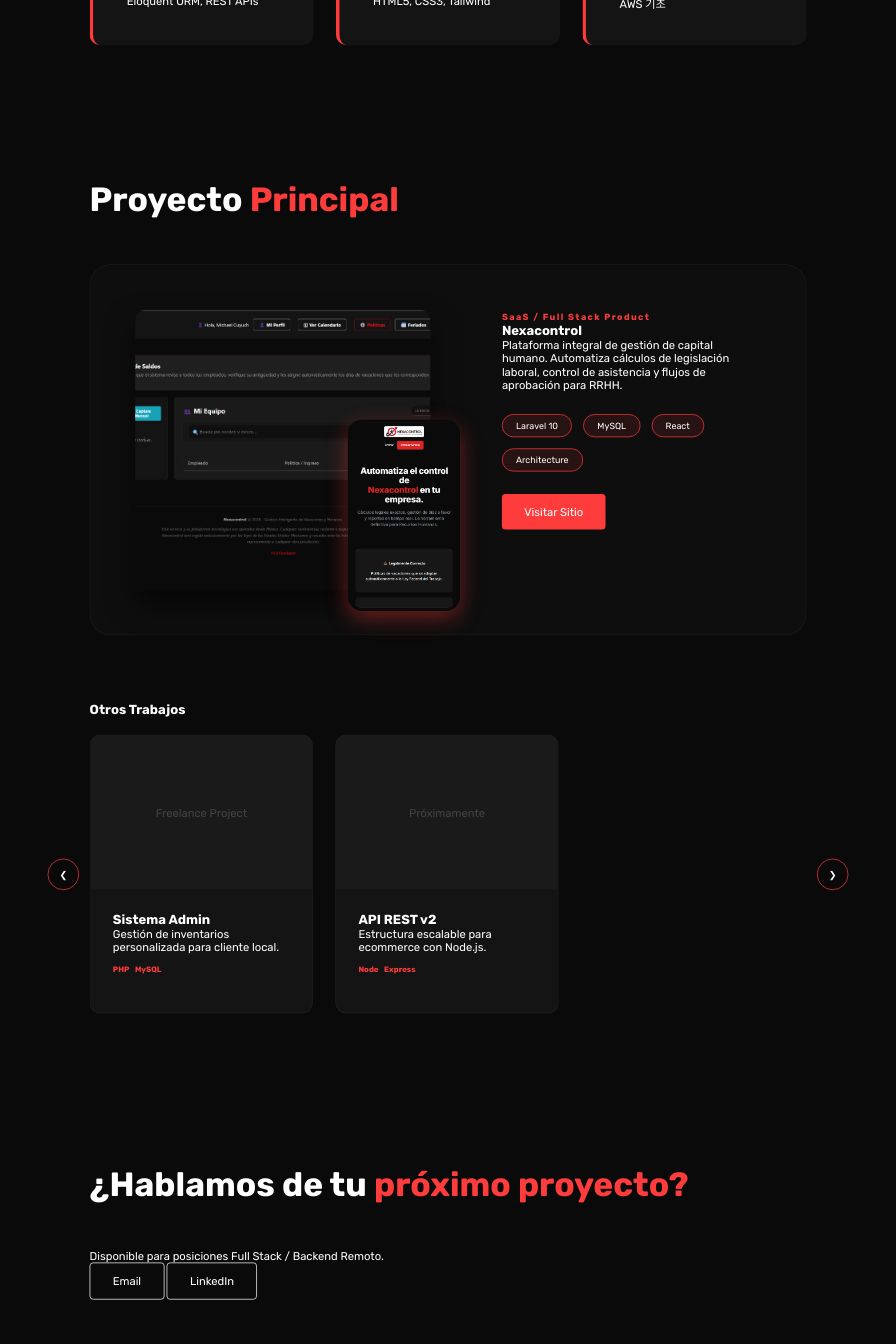
Repository: hercules830/Mi-portfolio-profesional
Page: index.html
The author's editor kept a copy of each file at every save. The page is drawn from the files as they stood at one save, then again after the next save.
The browser window is 1280 px wide. The pictures show the part of the page from y = 1082 to 3002 px (the page is 3002 px tall), at 70% of full size.
After loading, the first visible `#nextBtn` was clicked once.
Some web fonts or font styles are not loaded; a fallback is used.

Above is the page before, as saved 2026-05-30 00:34:16.

After the next save:
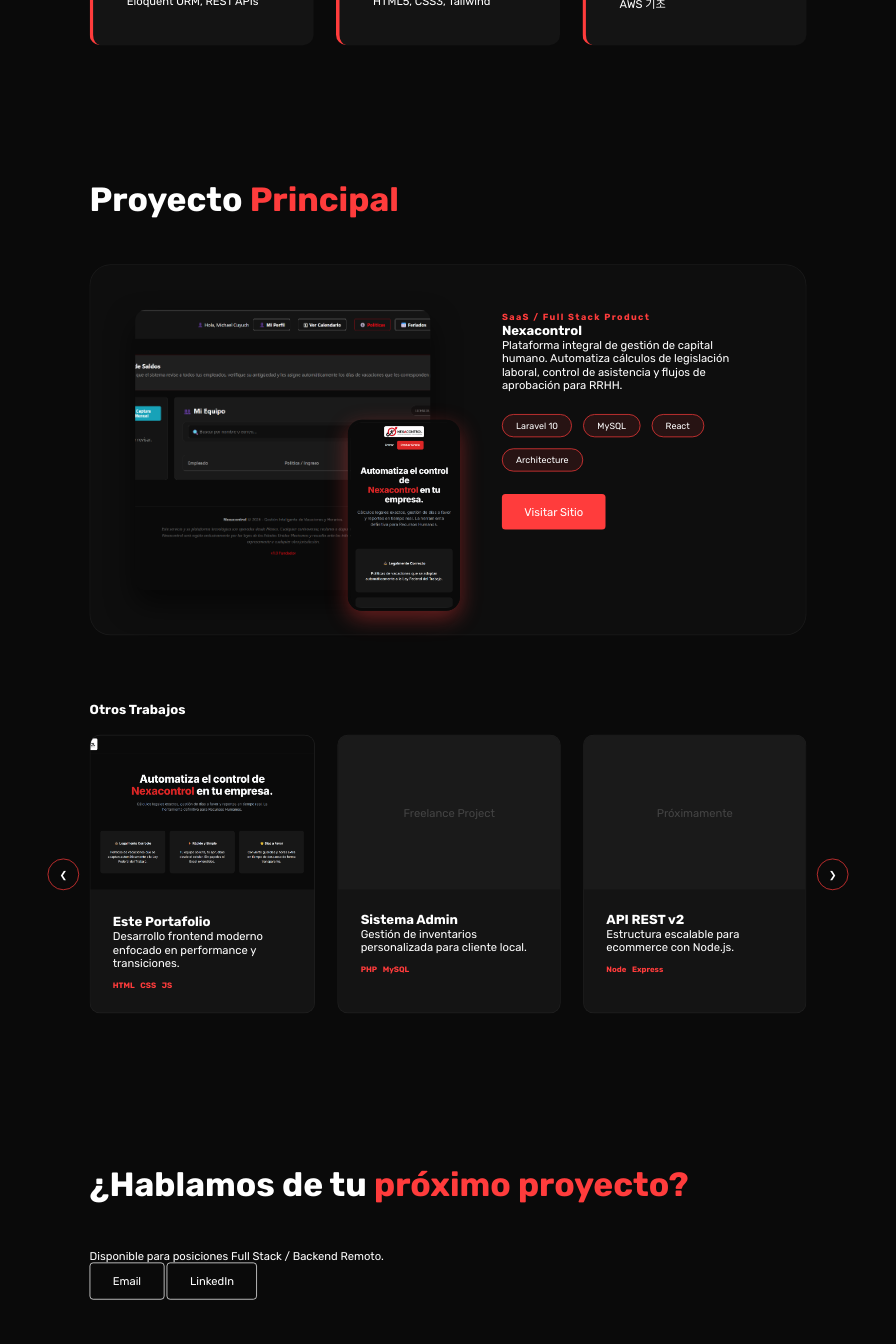
Saved 12 s later.
--- a/script.js
+++ b/script.js
@@ -1,9 +1,37 @@
-// Efecto de scroll suave y revelado de secciones
 document.addEventListener("DOMContentLoaded", () => {
-  const observerOptions = {
-    threshold: 0.1,
+  // 1. Lógica del Carrusel
+  const track = document.getElementById("track");
+  const nextBtn = document.getElementById("nextBtn");
+  const prevBtn = document.getElementById("prevBtn");
+  let index = 0;
+
+  const updateCarousel = () => {
+    const cardWidth = document.querySelector(".project-card").offsetWidth + 32;
+    track.style.transform = `translateX(-${index * cardWidth}px)`;
   };
 
+  nextBtn.addEventListener("click", () => {
+    const cardsVisible = Math.floor(
+      track.parentElement.offsetWidth /
+        document.querySelector(".project-card").offsetWidth
+    );
+    if (index < track.children.length - cardsVisible) {
+      index++;
+    } else {
+      index = 0;
+    }
+    updateCarousel();
+  });
+
+  prevBtn.addEventListener("click", () => {
+    if (index > 0) {
+      index--;
+      updateCarousel();
+    }
+  });
+
+  // 2. Efecto Revelado al hacer Scroll
+  const observerOptions = { threshold: 0.1 };
   const observer = new IntersectionObserver((entries) => {
     entries.forEach((entry) => {
       if (entry.isIntersecting) {
@@ -15,37 +43,10 @@
 
   document.querySelectorAll(".section").forEach((section) => {
     section.style.opacity = "0";
-    section.style.transform = "translateY(30px)";
+    section.style.transform = "translateY(40px)";
     section.style.transition = "all 0.8s ease-out";
     observer.observe(section);
   });
+
+  window.addEventListener("resize", updateCarousel);
 });
-
-const track = document.getElementById("track");
-const nextBtn = document.getElementById("nextBtn");
-const prevBtn = document.getElementById("prevBtn");
-
-let index = 0;
-
-nextBtn.addEventListener("click", () => {
-  const cardWidth = document.querySelector(".project-card").offsetWidth + 32; // Ancho + gap
-  const maxIndex =
-    track.children.length -
-    Math.floor(track.parentElement.offsetWidth / cardWidth);
-
-  if (index < maxIndex) {
-    index++;
-    track.style.transform = `translateX(-${index * cardWidth}px)`;
-  } else {
-    index = 0; // Vuelve al inicio si quieres carrusel infinito
-    track.style.transform = `translateX(0)`;
-  }
-});
-
-prevBtn.addEventListener("click", () => {
-  const cardWidth = document.querySelector(".project-card").offsetWidth + 32;
-  if (index > 0) {
-    index--;
-    track.style.transform = `translateX(-${index * cardWidth}px)`;
-  }
-});
